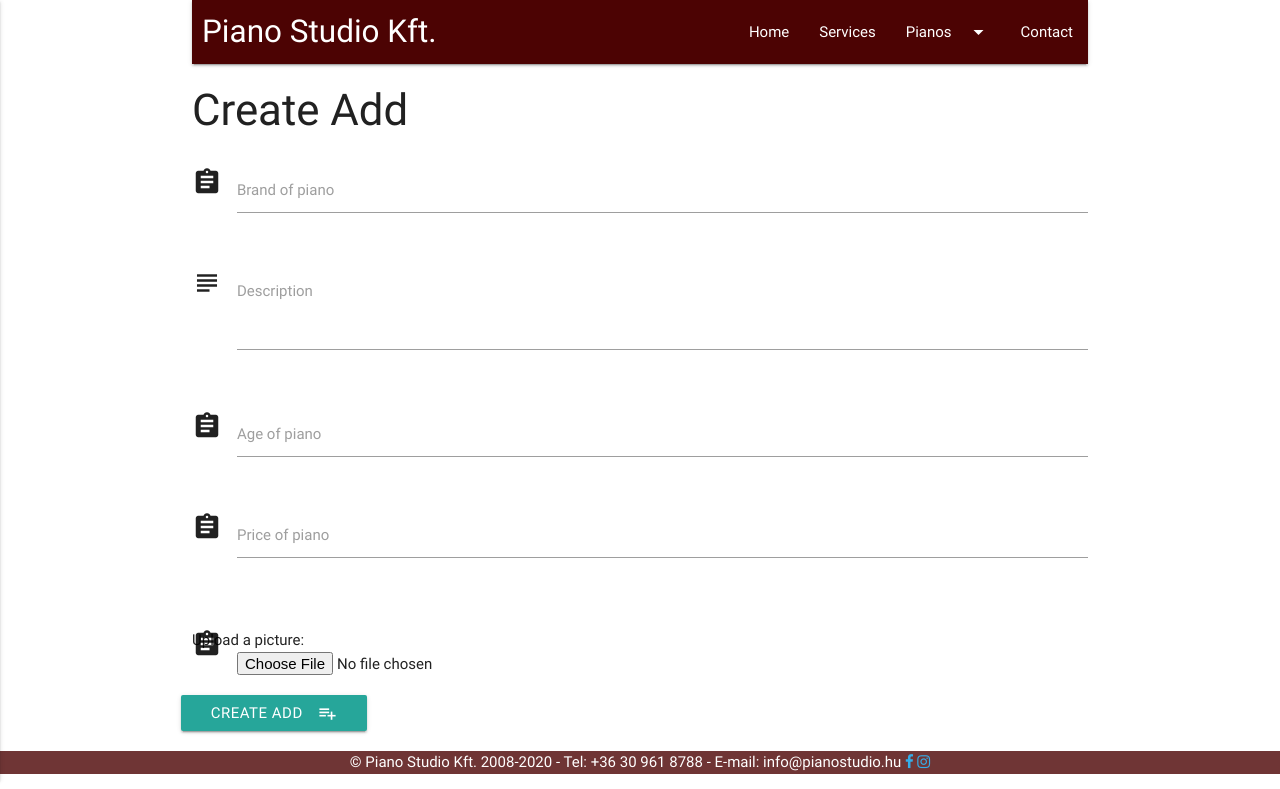
Repository: badiattila/pianostudioheroku
Page: http://localhost/createadd
The author's editor kept a record of every edit. The page is drawn from the files as they stood at one moment, then again after the next edit.
The browser window is 1280 px wide. The pictures show the whole page.
Some web libraries are served in a nearby version. The page is served by the project's application, run on Flask 3 (app.py).

Above is the page before.

### templates/create_add.html
{% extends 'base.html' %} {% block content %}

<h3>Create Add</h3>

<form action="{{ url_for('insert_add') }}" method="POST" class="col s12">

    <div class="row">
        <div class="input-field col s12">
            <i class="material-icons prefix">assignment</i>
            <input id="brand" name="brand" type="text" class="validate">
            <label for="brand">Brand of piano</label>
        </div>
    </div>

    <div class="row">
        <div class="input-field col s12">
            <i class="material-icons prefix">subject</i>
            <textarea id="description" name="description" class="materialize-textarea"></textarea>
            <label for="icon_telephone">Description</label>
        </div>
    </div>

    <div class="row">
        <div class="input-field col s12">
            <i class="material-icons prefix">assignment</i>
            <input id="age" name="age" type="text" class="validate">
            <label for="age">Age of piano</label>
        </div>
    </div>

    <div class="row">
        <div class="input-field col s12">
            <i class="material-icons prefix">assignment</i>
            <input id="price" name="brand" type="text" class="validate">
            <label for="price">Price of piano</label>
        </div>
    </div>

    <div class="row">
        <div class="input-field col s6">
        </div>
        <div class="input-field col s12">
            <i class="material-icons prefix">assignment</i>Upload a picture:
            <input id="picture" name="picture" type="file" class="validate">
            <label for="picture"></label>
        </div>
    </div>

    <div class="row">
        <button class="btn waves-effect waves-light" type="submit" name="action">Create Add
            <i class="material-icons right">playlist_add</i></button>
    </div>


</form>
</div>

{% endblock %}

### templates/base.html
<!DOCTYPE html>

<html lang="en">

<head>

    <!-- Meta tags -->
    <meta charset="utf-8">
    <!-- Font awsome -->
    <link rel="stylesheet" href="https://maxcdn.bootstrapcdn.com/font-awesome/4.7.0/css/font-awesome.min.css" type="text/css" />
    <!-- Hover -->
    <link rel="stylesheet" href="https://cdnjs.cloudflare.com/ajax/libs/hover.css/2.1.1/css/hover-min.css" type="text/css" />
    <!-- Material icons by Google -->
    <link href="https://fonts.googleapis.com/icon?family=Material+Icons" rel="stylesheet">
    <!-- Compiled and minified materialize CSS -->
    <link rel="stylesheet" href="https://cdnjs.cloudflare.com/ajax/libs/materialize/0.100.2/css/materialize.min.css">
    <!-- Specific Css for this website -->
    <link rel="stylesheet" href="{{url_for('static', filename='css/style.css')}}" type="text/css" />

    <title>Piano Studio Kft. - Services - </title>
    <link href="{{url_for('static', filename='pictures/favicon.ico')}}" rel="shortcut icon" type="image/x-icon" />
    <meta name="description" content="Piano rental, tuning and repair - Piano Studio Kft." />
    <meta name="keywords" content="Piano rental,piano tuning,piano repair,piano studio" />
    <meta name="copyright" content="Piano Studio Kft." />
    <meta name="author" content="Attila Badi/Piano Studio Kft." />
    <meta name="email" content="info@pianostudio.hu" /> {% block head %} {% endblock %}


</head>

<body>
    <div class="container">
        <header>
            <ul id="dropdown2" class="dropdown-content">
                <li><a href="{{url_for('pianos_for_sale')}}">Sale</a></li>
                <li><a href="{{url_for('createadd')}}">Create Add</a></li>
            </ul>
            <nav>
                <div class="nav-wrapper redbg">
                    <a href="{{url_for('index')}}" class="brand-logo">Piano Studio Kft.</a>
                    <a href="#" data-activates="mobile-demo" class="button-collapse"><i class="material-icons">menu</i></a>
                    <ul id="nav-mobile" class="right hide-on-med-and-down">
                        <li><a href="{{url_for('index')}}">Home</a></li>
                        <li><a href="{{url_for('services')}}">Services</a></li>
                        <!-- Dropdown Trigger -->
                        <li><a class="dropdown-trigger" href="#!" data-target="dropdown2">Pianos<i class="material-icons right">arrow_drop_down</i></a></li>

                        <li><a href="{{url_for('contact')}}">Contact</a></li>
                    </ul>
                    <ul class="side-nav" id="mobile-demo">
                        <li><a href="{{url_for('index')}}">Home</a></li>
                        <li><a href="{{url_for('services')}}">Services</a></li>
                        <li><a href="{{url_for('pianos_for_sale')}}">Sale</a></li>
                        <li><a href="{{url_for('createadd')}}">Create Add</a></li>
                        <li><a href="{{url_for('contact')}}">Contact</a></li>
                    </ul>
                </div>
            </nav>

        </header>
        {% block content %} {% endblock %}

        <footer class="footer redbg">
            <p>&copy; Piano Studio Kft. 2008-2020 - Tel: +36 30 961 8788 - E-mail: info@pianostudio.hu
                <a target="_blank" href="https://www.facebook.com/zongoraterem"><i class="fa fa-facebook" aria-hidden="true"></i></a>
                <a target="_blank" href="https://www.instagram.com/pianostudiokft"><i class="fa fa-instagram" aria-hidden="true"></i></a>
            </p>
        </footer>
    </div>

    <script src="https://code.jquery.com/jquery-3.4.1.min.js" integrity="sha256-CSXorXvZcTkaix6Yvo6HppcZGetbYMGWSFlBw8HfCJo=" crossorigin="anonymous"></script>
    <script src="https://cdnjs.cloudflare.com/ajax/libs/materialize/0.100.2/js/materialize.min.js"></script>

    <script>
        $(document).ready(function() {
            $('.modal').modal();
            $('.dropdown-trigger').dropdown();
            $('.collapsible').collapsible();
            $('select').material_select();
            $('.button-collapse').sideNav();
        });
    </script>

</body>

</html>

### app.py
import os
from flask import Flask, render_template, redirect, request, url_for
from flask_pymongo import PyMongo
from bson.objectid import ObjectId
from flask_mail import Mail, Message

app = Flask(__name__)

app.config["MONGO_DBNAME"] = 'piano_studio'
app.config["MONGO_URI"] = 'mongodb://attilabadi:K00nK00n1234@mycodeinstitutecluster-shard-00-00-wpsfr.mongodb.net:27017,mycodeinstitutecluster-shard-00-01-wpsfr.mongodb.net:27017,mycodeinstitutecluster-shard-00-02-wpsfr.mongodb.net:27017/piano_studio?ssl=true&replicaSet=MyCodeInstituteCluster-shard-0&authSource=admin&retryWrites=true&w=majority'
mongo = PyMongo(app)

app.config.update(
	DEBUG=True,
	#EMAIL SETTINGS
	MAIL_SERVER='mail.pianostudio.hu',
	MAIL_PORT=465,
	MAIL_USE_SSL=True,
	MAIL_USERNAME = 'contact@pianostudio.hu',
	MAIL_PASSWORD = os.environ.get('SMTPPW')
	)
mail = Mail(app)

@app.route('/')
@app.route('/index')
def index():
        return render_template("index.html")

@app.route('/contact')
def contact():
        return render_template("contact.html")

@app.route('/services')
def services():
        return render_template("services.html")

@app.route('/pianos_for_sale')
def pianos_for_sale():
        return render_template("pianos_for_sale.html", pianos=mongo.db.pianos_4_sale.find(), images=mongo.db.pianos_4_sale.find())

@app.route('/createadd')
def createadd():
        return render_template("create_add.html")

@app.route('/insert_add', methods=['POST'])
def insert_add():
        file_id = mongo.save_file(request.files['picture'].filename, request.files['picture'])
        mongo.db.pianos_4_sale.insert({
            'brand': request.form.get('brand') ,
            'description' : request.form.get('description') ,
            'age' : request.form.get('age') ,
            'price' : request.form.get('price') ,
            'file_name' : request.files['picture'].filename})
        return redirect(url_for('pianos_for_sale'))

@app.route('/file/<file_name>')
def file(file_name):
    return mongo.send_file(file_name)

@app.route('/delete_piano/<piano_id>')
def delete_piano(piano_id):
    mongo.db.pianos_4_sale.remove({'_id': ObjectId(piano_id)})
    return redirect(url_for('pianos_for_sale'))

@app.route('/edit_piano/<piano_id>')
def edit_piano(piano_id):
    return render_template('edit_piano.html', piano=mongo.db.pianos_4_sale.find_one({"_id": ObjectId(piano_id)}))


@app.route('/update_piano/<piano_id>', methods=['POST'])
def update_piano(piano_id):
    file_id = mongo.save_file(request.files['picture'].filename, request.files['picture'])
    mongo.db.pianos_4_sale.update( {'_id': ObjectId(piano_id)},
    {
            'brand': request.form.get('brand') ,
            'description' : request.form.get('description') ,
            'age' : request.form.get('age') ,
            'price' : request.form.get('price') ,
            'file_name' : request.files['picture'].filename
    })
    return redirect(url_for('pianos_for_sale'))

@app.route('/send_mail/', methods=['POST'])
def send_mail():
	try:
		msg = Message("Contact form mail from pianostudio",
		  sender=request.form.get('user_email'),
		  recipients=["attila.badi@gmail.com"])
		msg.body = request.form.get('message')
		mail.send(msg)
		return 'Mail sent!'
	except:
		return "Something went wrong"

if __name__ == '__main__':
    app.run(host=os.environ.get('IP'),
        port=int(os.environ.get('PORT')),
        debug=True)

### static/css/style.css
.left {
  float: left;
}

.right {
  float: right;
}

/* Picture formatting for gallery and teaser pictures */

.right-teaser {
  padding: 1px;
  border: 1px solid #4c0303;
  float: right;
  margin: 0 0 1em 1em;
  width: 12vw;
}

.galery-pic {
  padding: 1px;
  border: 1px solid #4c0303;
  margin: 0 0 1em 1em;
  width: 12vw;
}

.btn_small {
  height: 24px;
  width: 60px;
  line-height: 24px;
  margin: 5px 5px;
  padding: 0 0.5em;
}

.btn_mid {
  height: 24px;
  width: 120px;
  line-height: 24px;
  margin: 5px 5px;
  padding: 0 0.5em;
}

.footer {
  color: white;
  opacity: 0.8;
  filter: alpha(opacity=80);
  text-align: center;
}

.redbg {
  background-color: #4c0303;
}

.nav-wrapper {
  padding-left: 10px;
}

/* Opacity classes for different elements */

.op {
  background: rgba(76, 3, 3, 0.1);
  /*background with 30% opacity */
  color: rgba(76, 3, 3);
  padding: 35px;
  margin-bottom: 15px;
}

.dropdown-content {
  width: max-content !important;
  height: auto !important;
}

/* ID based background behaviour */
#intro {
    background-attachment: scroll;
    background-image: url('../pictures/4k-wallpaper-close-up-fingers-1246437.jpg');
    background-position: center;
    background-size: cover;
    width: 100vw;
    background-repeat: no-repeat;
    position: relative;
}

After the next edit:
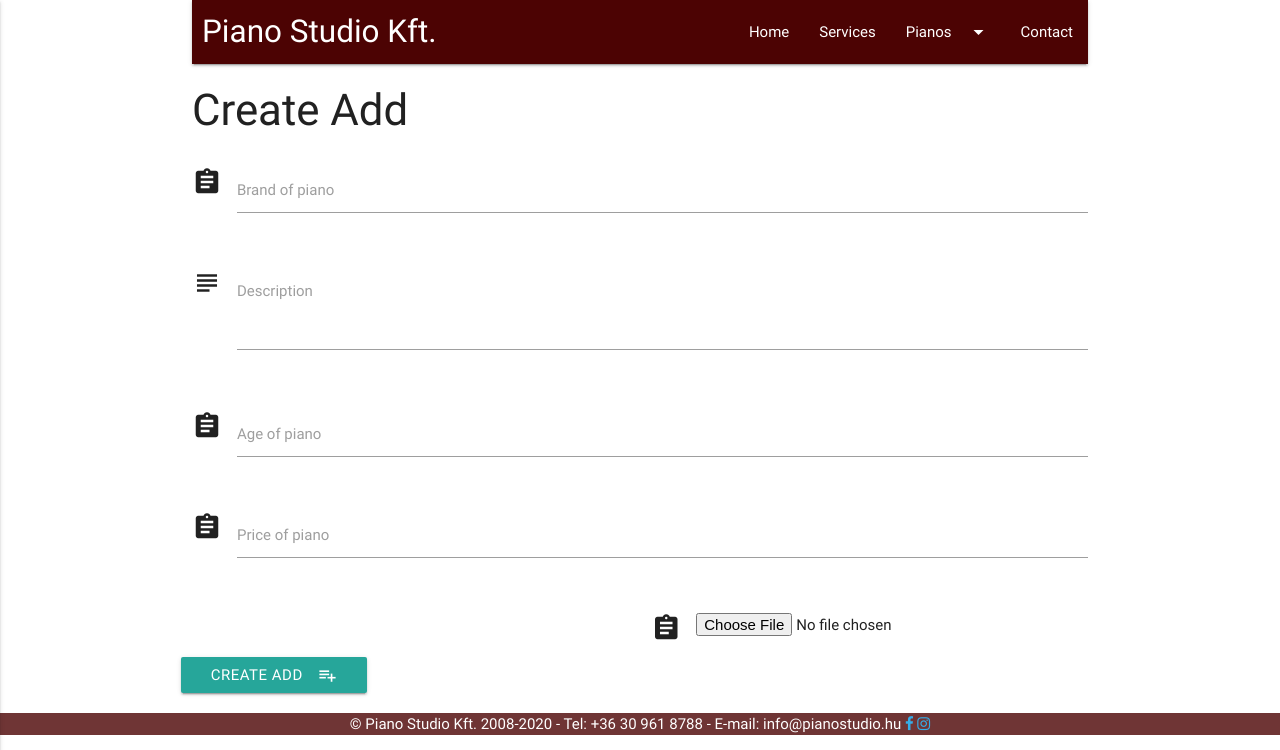
The edit:
--- a/templates/create_add.html
+++ b/templates/create_add.html
@@ -39,8 +39,8 @@
     <div class="row">
         <div class="input-field col s6">
         </div>
-        <div class="input-field col s12">
-            <i class="material-icons prefix">assignment</i>Upload a picture:
+        <div class="input-field col s6">
+            <i class="material-icons prefix">assignment</i>
             <input id="picture" name="picture" type="file" class="validate">
             <label for="picture"></label>
         </div>
